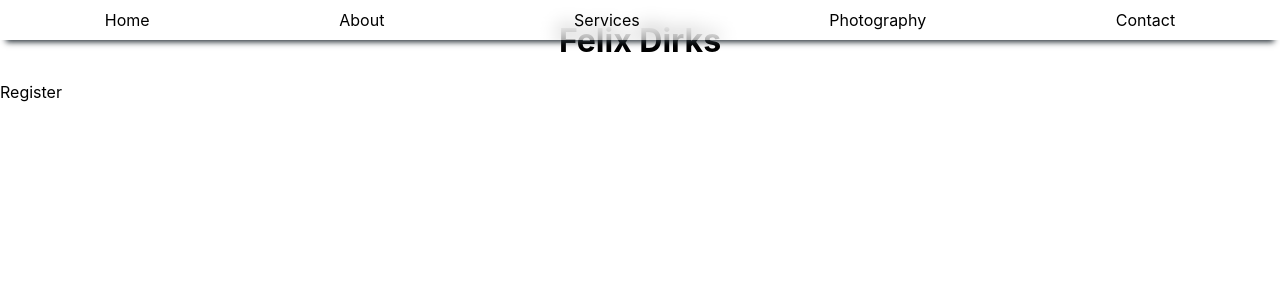
Repository: muhanad-musawi/backend-projekt-frondend
Page: /Register (app in pohtographer/)
These files come from the project's save history. The page is drawn as it stood at one moment and after the next save; the edit follows.
The browser window is 1280 px wide. The pictures show the whole page.
The page's requests for data from a server got no answer. The project was rebuilt for these pictures with package versions that can differ from the ones it lists, and the page was loaded fresh each time. The framework's server and built-in components were replaced by stand-ins that run in the browser. No one was signed in, and anything a server would have sent is missing. Also part of the build but not shown: pohtographer/next.config.js, pohtographer/styles/Footer.module.css.

Above is the page before, as saved 2022-03-25 18:36:44.

After the next save:
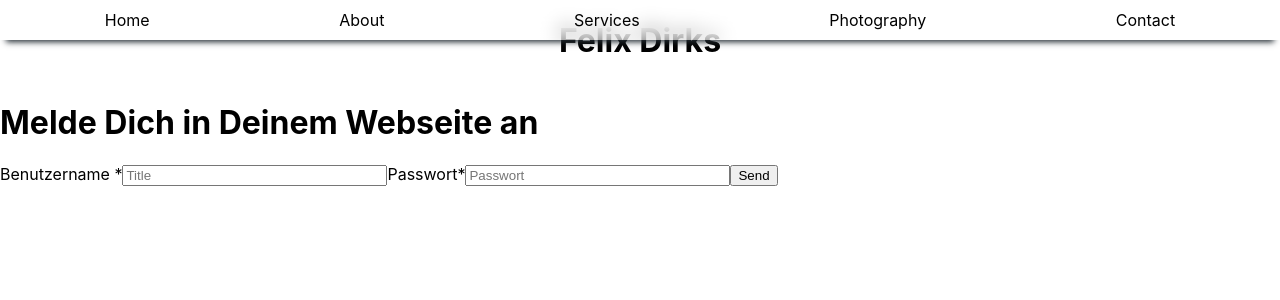
Saved 8 s later.
--- a/pohtographer/pages/Register.jsx
+++ b/pohtographer/pages/Register.jsx
@@ -69,9 +69,23 @@ function Register() {
    }
 
 
-  return (
-    <div>Register</div>
-  )
+   return (
+    <div>
+      <h1>Melde Dich in Deinem Webseite an</h1>
+     <div className='adminRegister' >
+    <form className='adminRegisterForm' action="" onSubmit={handleSubmit}>
+
+    <label for="fname">Benutzername <span>*</span></label>
+    <input type="text" name="title" placeholder='Title' value={inputs.title} size="30" maxLength="50" onChange={handleInputChange}></input>
+
+    <label for="fname">Passwort<span>*</span></label>
+    <input type="password" name="Passwort" placeholder='Passwort' value={inputs.title} size="30" maxLength="50" onChange={handleInputChange}></input>
+
+    <input type="submit" value="Send" />
+    </form>
+     </div>
+     </div>
+     );
 }
 
 export default Register
